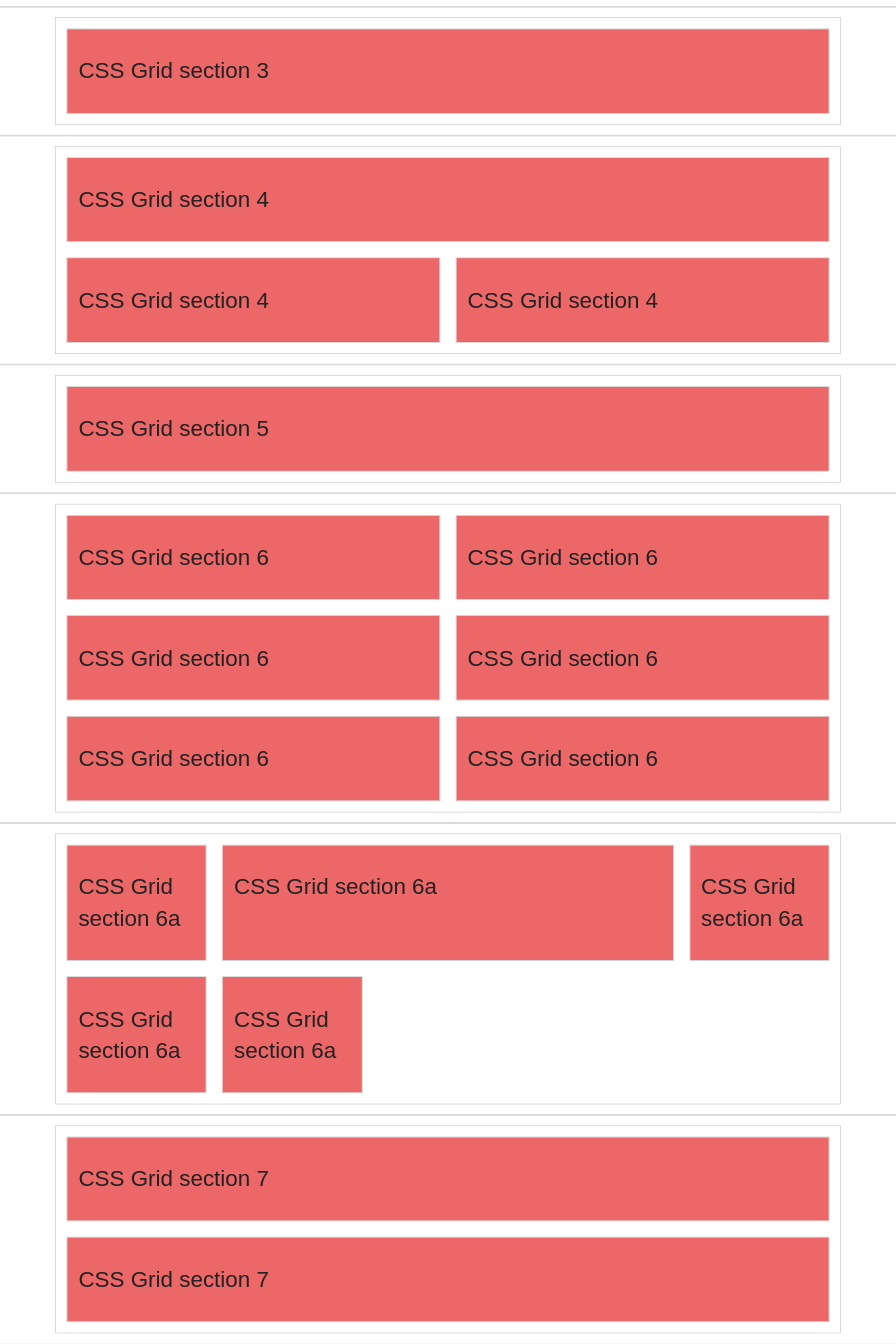
Repository: anoncoderin/madhu_kushal_html_layout
Page: metrosite_week4hw/index.html
The author's editor kept a copy of each file at every save. The page is drawn from the files as they stood at one save, then again after the next save.
The browser window is 1280 px wide. The pictures show the part of the page from y = 1004 to 2924 px (the page is 2924 px tall), at 70% of full size.

Above is the page before, as saved 2023-01-28 11:55:32.

### metrosite_week4hw/index.html
<!doctype html>
<html class="no-js" lang="EN">

<head>
  <meta charset="utf-8">
  <title>Metrolics</title>
  <meta name="description" content="Some demo test website">
  <meta name="viewport" content="width=device-width, initial-scale=1">

  <meta property="og:title" content="">
  <meta property="og:type" content="">
  <meta property="og:url" content="">
  <meta property="og:image" content="">

  <link rel="manifest" href="site.webmanifest">
  <link rel="apple-touch-icon" href="icon.png">
  <!-- Place favicon.ico in the root directory -->

  <link rel="stylesheet" href="css/normalize.css">
  <link rel="stylesheet" href="css/main.css">

  <meta name="theme-color" content="#fafafa">
</head>

<body>


  <script src="js/vendor/modernizr-3.11.2.min.js"></script>
  <script src="js/plugins.js"></script>
  <script src="js/main.js"></script>

  <!-- Google Analytics: change UA-XXXXX-Y to be your site's ID. -->
  <script>
    window.ga = function () { ga.q.push(arguments) }; ga.q = []; ga.l = +new Date;
    ga('create', 'UA-XXXXX-Y', 'auto'); ga('set', 'anonymizeIp', true); ga('set', 'transport', 'beacon'); ga('send', 'pageview')
  </script>
  <script src="https://www.google-analytics.com/analytics.js" async></script>

  <script src="js/vendor/modernizr-3.11.2.min.js"></script>
  <script src="js/plugins.js"></script>
  <script src="js/main.js"></script>

  <!-- Google Analytics: change UA-XXXXX-Y to be your site's ID. -->
  <script>
    window.ga = function () { ga.q.push(arguments) }; ga.q = []; ga.l = +new Date;
    ga('create', 'UA-XXXXX-Y', 'auto'); ga('set', 'anonymizeIp', true); ga('set', 'transport', 'beacon'); ga('send', 'pageview')
  </script>
  <script src="https://www.google-analytics.com/analytics.js" async></script>





  <header class="">
    <div class="row">
      <div class="col">
        <h1>CSS Grid 1</h1>
      </div>
      <div class="col">
        <h1>CSS Grid 1</h1>
      </div>
    </div>

  </header>


  <div class="main-container">
    <section>

      <div class="row">
        <div class="col">
          <h1>CSS Grid section 1</h1>
        </div>

      </div>


    </section>

    <section>

      <div class="row tab-col-2 ">
        <div class="col tab-row-span">
          <h1>CSS Grid section 2</h1>
        </div>
        <div class="col">

          <h1>CSS Grid section 2</h1>
        </div>
        <div class="col">
          <h1>CSS Grid section 2</h1>
        </div>

        <div class="col">
          <h1>CSS Grid section 2</h1>
        </div>
        <div class="col">
          <h1>CSS Grid section 2</h1>
        </div>
      </div>
  </div>


  </section>
  <section>
    <div class="row">
      <div class="col">
        <h1>CSS Grid section 3</h1>
      </div>
    </div>
  </section>

  <section>

    <div class="row tab-col-2 " ,>
      <div class="col tab-row-span">

        <h1>CSS Grid section 4</h1>

      </div>
      <div class="col">
        <h1>CSS Grid section 4</h1>
      </div>

      <div class="col">

        <h1>CSS Grid section 4</h1>
      </div>



    </div>


  </section>

  <section>
    <div class="row">
    <div class="col">
      <h1>CSS Grid section 5</h1>
    </div>
  </div>
  </section>

  <section>

    <div class="row tab-col-2">
      <div class="col">
        <h1>CSS Grid section 6</h1>
      </div>
      <div class="col">
        <h1>CSS Grid section 6</h1>
      </div>
      <div class="col">
        <h1>CSS Grid section 6</h1>
      </div>
      <div class="col">
        <h1>CSS Grid section 6</h1>
      </div>

      <div class="col">
        <h1>CSS Grid section 6</h1>
      </div>
      <div class="col">
        <h1>CSS Grid section 6</h1>
      </div>
    </div>
  </section>
  </div>
  <section>
    <div class=" row tab-col-5">
      <div class="col">
        <h1>CSS Grid section 6a</h1>
      </div>
      <div class="col l-row-span">
        <h1>CSS Grid section 6a</h1>
      </div>
      <div class="col">
        <h1>CSS Grid section 6a</h1>
      </div>
      <div class="col">
        <h1>CSS Grid section 6a</h1>
      </div>
      <div class="col">
        <h1>CSS Grid section 6a</h1>
      </div>

    </div>
  </section>

  <footer>
    <div class="row">
      <div class="col">
        <h1>CSS Grid section 7</h1>
      </div>
      <div class="col">
        <h1>CSS Grid section 7</h1>
      </div>
    </div>

  </footer>









</body>

</html>

### metrosite_week4hw/css/main.css
/*! HTML5 Boilerplate v8.0.0 | MIT License | https://html5boilerplate.com/ */

/* main.css 2.1.0 | MIT License | https://github.com/h5bp/main.css#readme */
/*
 * What follows is the result of much research on cross-browser styling.
 * Credit left inline and big thanks to Nicolas Gallagher, Jonathan Neal,
 * Kroc Camen, and the H5BP dev community and team.
 */

/* ==========================================================================
   Base styles: opinionated defaults
   ========================================================================== */

html {
  color: #222;
  font-size: 1em;
  line-height: 1.4;
}

/*
 * Remove text-shadow in selection highlight:
 * https://twitter.com/miketaylr/status/12228805301
 *
 * Vendor-prefixed and regular ::selection selectors cannot be combined:
 * https://stackoverflow.com/a/16982510/7133471
 *
 * Customize the background color to match your design.
 */

::-moz-selection {
  background: #b3d4fc;
  text-shadow: none;
}

::selection {
  background: #b3d4fc;
  text-shadow: none;
}

div,
main,
header,
section,
footer{
  outline: 1px solid #ccc;
  min-height: 1rem;
  padding: 1rem;
}

*,
*:before,
*:after{
  box-sizing: border-box;
}

img{
  width: 100%;
}


h1,
h2,
h3,
h4,
h5,
h6 {
  font-family:Arial, Helvetica, sans-serif;
  font-weight: 300;
}

p{
  font-family:Arial, Helvetica, sans-serif;
}

.row{
  display: grid;
  row-gap: 1rem;
}
.col{
  position: relative;
  background-color: rgb(236, 103, 103);
}

/* Small only */
@media screen and (max-width: 39.9375em) {}
/* Medium and up */
@media screen and (min-width: 40em) {
  .row{
    max-width: 70rem;
    column-gap: 1.5rem;
    row-gap: 1.5rem;
    margin: 0 auto;
  }
  .tab-col-2{
    grid-template-columns: 1fr 1fr;

  }
  .tab-col-3{
    grid-template-columns: repeat(3, 1fr);


}
.tab-col-5{
  grid-template-columns: repeat(5, 1fr);
}

.tab-row-span{
  grid-column-start: 1;
  grid-column-end: -1;
}

.link{
  display: none;
}
}
/* Medium only */
@media screen and (min-width: 40em) and
(max-width: 63.9375em) {}
/* Large and up */
@media screen and (min-width: 64em) {
  .l-col-2{
    grid-template-columns: repeat(2,1fr);
  }
  .l-row-span{
    grid-column-start: 2;
    grid-column-end: 5;
  }

}


/* Large only */
@media screen and (min-width: 64em) and
(max-width: 74.9375em) {}


/*
 * A better looking default horizontal rule
 */

hr {
  display: block;
  height: 1px;
  border: 0;
  border-top: 1px solid #ccc;
  margin: 1em 0;
  padding: 0;
}

/*
 * Remove the gap between audio, canvas, iframes,
 * images, videos and the bottom of their containers:
 * https://github.com/h5bp/html5-boilerplate/issues/440
 */

audio,
canvas,
iframe,
img,
svg,
video {
  vertical-align: middle;
}

/*
 * Remove default fieldset styles.
 */

fieldset {
  border: 0;
  margin: 0;
  padding: 0;
}

/*
 * Allow only vertical resizing of textareas.
 */

textarea {
  resize: vertical;
}

/* ==========================================================================
   Author's custom styles
   ========================================================================== */

/* ==========================================================================
   Helper classes
   ========================================================================== */

/*
 * Hide visually and from screen readers
 */

.hidden,
[hidden] {
  display: none !important;
}

/*
 * Hide only visually, but have it available for screen readers:
 * https://snook.ca/archives/html_and_css/hiding-content-for-accessibility
 *
 * 1. For long content, line feeds are not interpreted as spaces and small width
 *    causes content to wrap 1 word per line:
 *    https://medium.com/@jessebeach/beware-smushed-off-screen-accessible-text-5952a4c2cbfe
 */

.sr-only {
  border: 0;
  clip: rect(0, 0, 0, 0);
  height: 1px;
  margin: -1px;
  overflow: hidden;
  padding: 0;
  position: absolute;
  white-space: nowrap;
  width: 1px;
  /* 1 */
}

/*
 * Extends the .sr-only class to allow the element
 * to be focusable when navigated to via the keyboard:
 * https://www.drupal.org/node/897638
 */

.sr-only.focusable:active,
.sr-only.focusable:focus {
  clip: auto;
  height: auto;
  margin: 0;
  overflow: visible;
  position: static;
  white-space: inherit;
  width: auto;
}

/*
 * Hide visually and from screen readers, but maintain layout
 */

.invisible {
  visibility: hidden;
}

/*
 * Clearfix: contain floats
 *
 * For modern browsers
 * 1. The space content is one way to avoid an Opera bug when the
 *    `contenteditable` attribute is included anywhere else in the document.
 *    Otherwise it causes space to appear at the top and bottom of elements
 *    that receive the `clearfix` class.
 * 2. The use of `table` rather than `block` is only necessary if using
 *    `:before` to contain the top-margins of child elements.
 */

.clearfix::before,
.clearfix::after {
  content: " ";
  display: table;
}

.clearfix::after {
  clear: both;
}

/* ==========================================================================
   EXAMPLE Media Queries for Responsive Design.
   These examples override the primary ('mobile first') styles.
   Modify as content requires.
   ========================================================================== */

@media only screen and (min-width: 35em) {
  /* Style adjustments for viewports that meet the condition */
}

@media print,
  (-webkit-min-device-pixel-ratio: 1.25),
  (min-resolution: 1.25dppx),
  (min-resolution: 120dpi) {
  /* Style adjustments for high resolution devices */
}

/* ==========================================================================
   Print styles.
   Inlined to avoid the additional HTTP request:
   https://www.phpied.com/delay-loading-your-print-css/
   ========================================================================== */

@media print {
  *,
  *::before,
  *::after {
    background: #fff !important;
    color: #000 !important;
    /* Black prints faster */
    box-shadow: none !important;
    text-shadow: none !important;
  }

  a,
  a:visited {
    text-decoration: underline;
  }

  a[href]::after {
    content: " (" attr(href) ")";
  }

  abbr[title]::after {
    content: " (" attr(title) ")";
  }

  /*
   * Don't show links that are fragment identifiers,
   * or use the `javascript:` pseudo protocol
   */
  a[href^="#"]::after,
  a[href^="javascript:"]::after {
    content: "";
  }

  pre {
    white-space: pre-wrap !important;
  }

  pre,
  blockquote {
    border: 1px solid #999;
    page-break-inside: avoid;
  }

  /*
   * Printing Tables:
   * https://web.archive.org/web/20180815150934/http://css-discuss.incutio.com/wiki/Printing_Tables
   */
  thead {
    display: table-header-group;
  }

  tr,
  img {
    page-break-inside: avoid;
  }

  p,
  h2,
  h3 {
    orphans: 3;
    widows: 3;
  }

  h2,
  h3 {
    page-break-after: avoid;
  }
}

### metrosite_week4hw/js/plugins.js
// Avoid `console` errors in browsers that lack a console.
(function() {
  var method;
  var noop = function () {};
  var methods = [
    'assert', 'clear', 'count', 'debug', 'dir', 'dirxml', 'error',
    'exception', 'group', 'groupCollapsed', 'groupEnd', 'info', 'log',
    'markTimeline', 'profile', 'profileEnd', 'table', 'time', 'timeEnd',
    'timeline', 'timelineEnd', 'timeStamp', 'trace', 'warn'
  ];
  var length = methods.length;
  var console = (window.console = window.console || {});

  while (length--) {
    method = methods[length];

    // Only stub undefined methods.
    if (!console[method]) {
      console[method] = noop;
    }
  }
}());

// Place any jQuery/helper plugins in here.

Loaded but not shown: metrosite_week4hw/css/normalize.css (library); metrosite_week4hw/js/vendor/modernizr-3.11.2.min.js (library); metrosite_week4hw/js/main.js (no stored copy; drawn as an empty file)

After the next save:
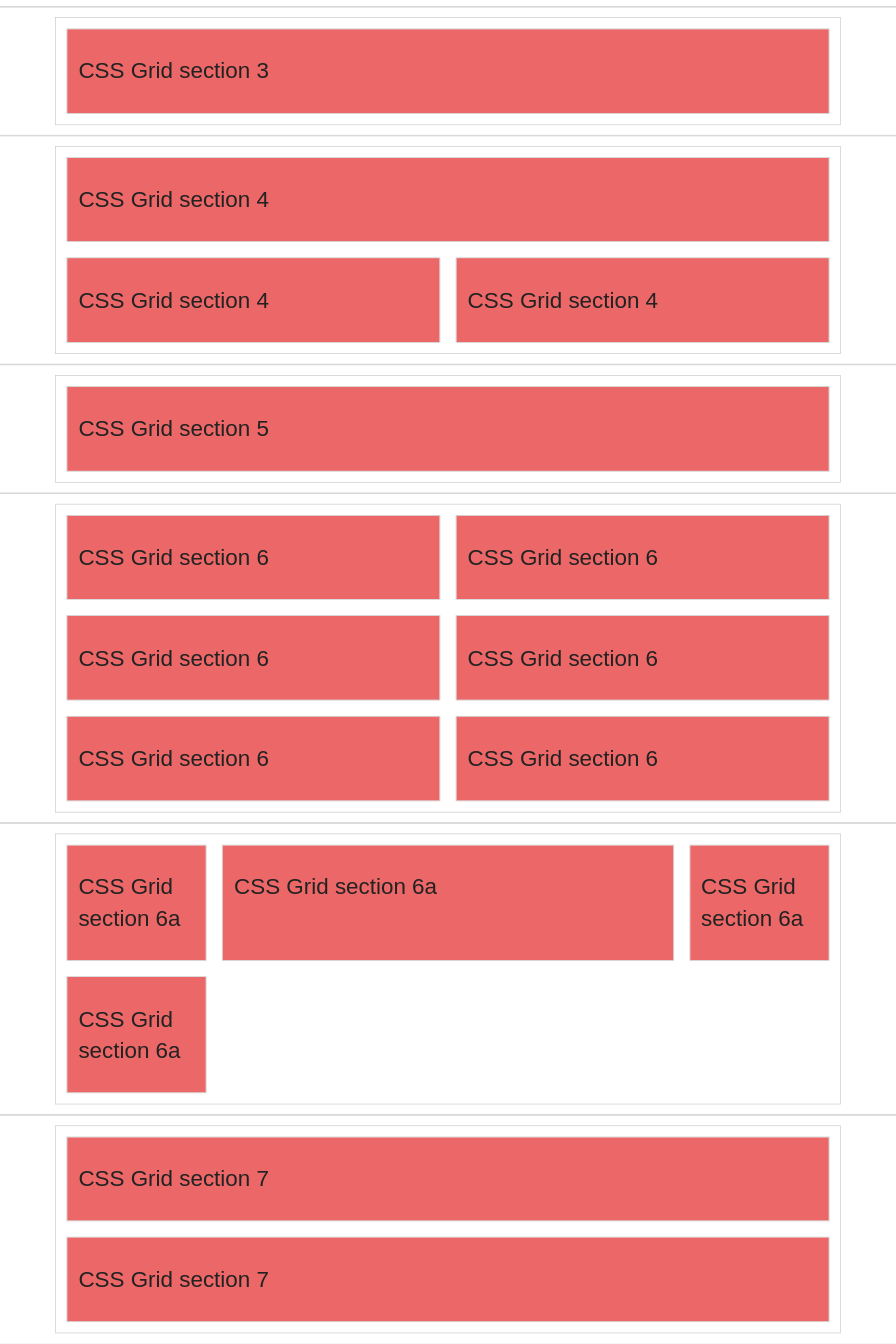
Saved 50 s later.
--- a/metrosite_week4hw/index.html
+++ b/metrosite_week4hw/index.html
@@ -172,8 +172,7 @@
       <div class="col">
         <h1>CSS Grid section 6a</h1>
       </div>
-      <div class="col l-row-span">
-        <h1>CSS Grid section 6a</h1>
+      <div class="col l-row-span        <h1>CSS Grid section 6a</h1>
       </div>
       <div class="col">
         <h1>CSS Grid section 6a</h1>

After the save that followed:
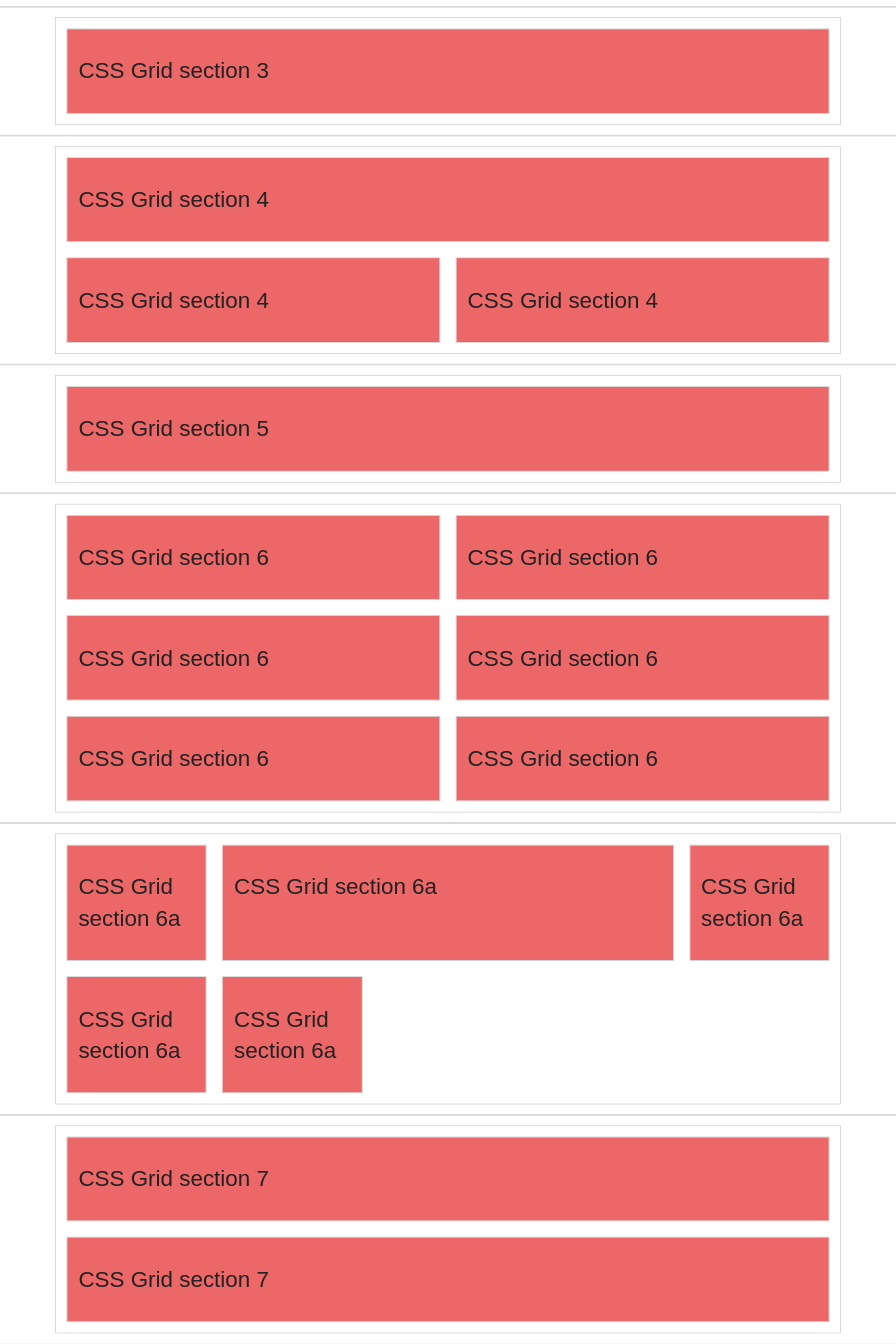
Saved 7 s later.
--- a/metrosite_week4hw/index.html
+++ b/metrosite_week4hw/index.html
@@ -172,7 +172,8 @@
       <div class="col">
         <h1>CSS Grid section 6a</h1>
       </div>
-      <div class="col l-row-span        <h1>CSS Grid section 6a</h1>
+      <div class="col l-row-span">
+        <h1>CSS Grid section 6a</h1>
       </div>
       <div class="col">
         <h1>CSS Grid section 6a</h1>
